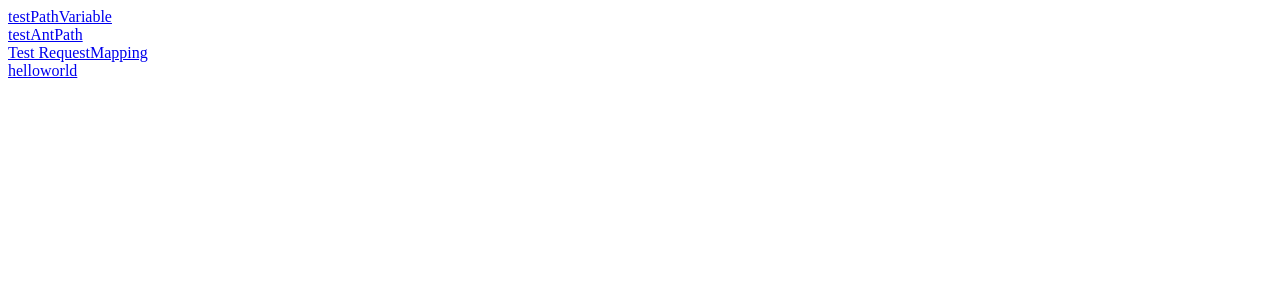
Repository: lhang662543608/Java-Study
Page: http://localhost/springmvc/
An editor plug-in stored every save of this project. The page is shown before and after the next save, followed by the edit.
The browser window is 1280 px wide. The pictures show the whole page.
The page is served by Tomcat 9. Other server files are loaded and not shown.

Above is the page before, as saved 2020-07-13 09:15:26.

### SpringMVC/springmvc/WebContent/index.jsp
<%@ page language="java" contentType="text/html; charset=ISO-8859-1"
	pageEncoding="ISO-8859-1"%>
<!DOCTYPE html PUBLIC "-//W3C//DTD HTML 4.01 Transitional//EN" "http://www.w3.org/TR/html4/loose.dtd">
<html>
<head>
<meta http-equiv="Content-Type" content="text/html; charset=ISO-8859-1">
<title>Insert title here</title>
</head>
<body>
	<a href="testPathVariable/1">testPathVariable</a>
	<br />
	<a href="testAntPath/*/abc">testAntPath</a>
	<br />
	<a href="say/helloworld">Test RequestMapping</a>
	<br />
	<a href="helloworld">helloworld</a>
</body>
</html>

After the next save:
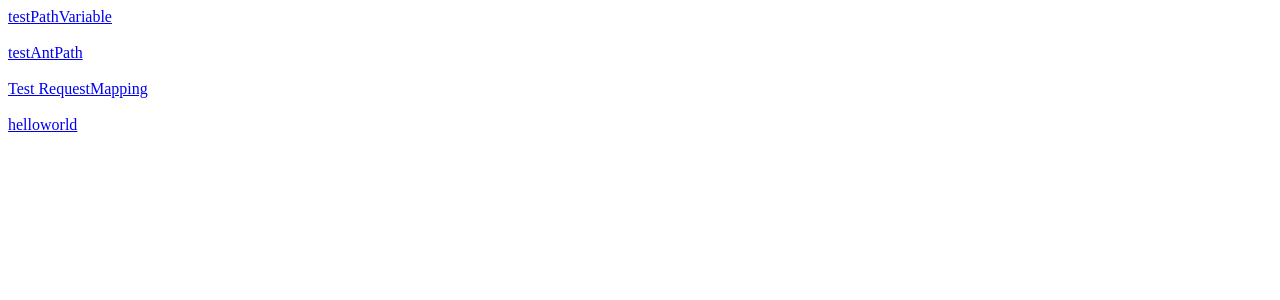
Saved 30 s later.
--- a/SpringMVC/springmvc/WebContent/index.jsp
+++ b/SpringMVC/springmvc/WebContent/index.jsp
@@ -7,11 +7,14 @@
 <title>Insert title here</title>
 </head>
 <body>
-	<a href="testPathVariable/1">testPathVariable</a>
+	<a href="springmvc/testPathVariable/1">testPathVariable</a>
 	<br />
-	<a href="testAntPath/*/abc">testAntPath</a>
+	<br />
+	<a href="springmvc/testAntPath/*/abc">testAntPath</a>
+	<br />
 	<br />
 	<a href="say/helloworld">Test RequestMapping</a>
+	<br />
 	<br />
 	<a href="helloworld">helloworld</a>
 </body>
